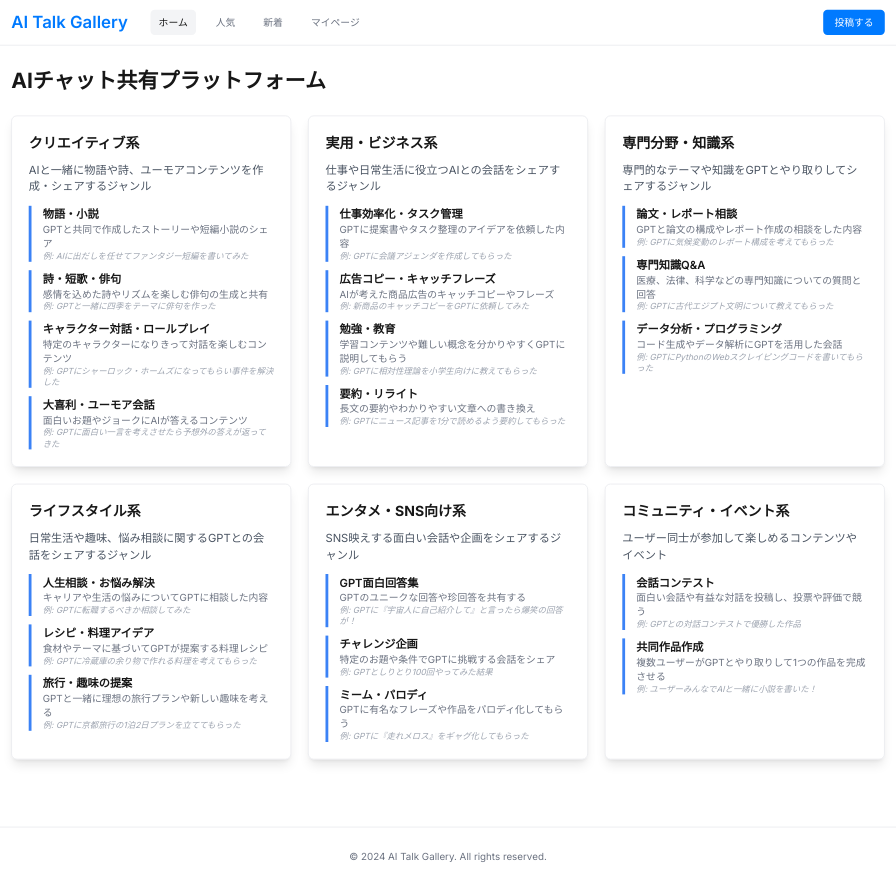
Repository: hayakawa1/ai-talk-gallery
Page: /
An editor plug-in stored every save of this project. The page is shown before and after the next save, followed by the edit.
The browser window is 1280 px wide. The pictures show the part of the page from y = 0 to 1920 px (the page is 1266 px tall before and 3118 px after), at 70% of full size.
The project was rebuilt for these pictures with package versions that can differ from the ones it lists, and the page was loaded fresh each time. The framework's server and built-in components were replaced by stand-ins that run in the browser. Also part of the build but not shown: next.config.js.

Above is the page before, as saved 2024-12-19 19:26:37.

### src/app/layout.tsx
import './globals.css'
import type { Metadata } from 'next'
import { Inter } from 'next/font/google'
import { HeaderNav } from '@/components/header-nav'
import Link from 'next/link'

const inter = Inter({
  subsets: ['latin'],
  display: 'swap',
})

export const metadata: Metadata = {
  title: 'AI Talk Gallery',
  description: '興味深いAIとの会話を共有し、新しい発見を見つけるプラットフォーム',
}

export default function RootLayout({
  children,
}: {
  children: React.ReactNode
}) {
  return (
    <html lang="ja">
      <body className={inter.className}>
        <div className="min-h-screen bg-white">
          <header className="sticky top-0 z-40 w-full border-b bg-white/95 backdrop-blur supports-[backdrop-filter]:bg-white/60">
            <div className="container mx-auto flex h-16 items-center justify-between px-4">
              <div className="flex items-center gap-8">
                <Link href="/" className="text-2xl font-semibold text-accent">
                  AI Talk Gallery
                </Link>
                <HeaderNav />
              </div>
              <div className="flex items-center gap-4">
                <Link
                  href="/posts/new"
                  className="inline-flex items-center justify-center rounded-md bg-accent px-4 py-2 text-sm font-medium text-white hover:bg-accent/90"
                >
                  投稿する
                </Link>
              </div>
            </div>
          </header>
          <main>
            {children}
          </main>
          <footer className="border-t py-8 mt-16">
            <div className="container mx-auto px-4 text-center text-sm text-gray-500">
              <p>© 2024 AI Talk Gallery. All rights reserved.</p>
            </div>
          </footer>
        </div>
      </body>
    </html>
  )
}

### src/app/page.tsx
import { Genre, getGenres } from '../utils/genreUtils';

export default async function Home() {
  const genres = getGenres();

  return (
    <div className="container mx-auto px-4 py-8">
      <h1 className="text-3xl font-bold mb-8">AIチャット共有プラットフォーム</h1>

      <div className="grid grid-cols-1 md:grid-cols-2 lg:grid-cols-3 gap-6">
        {genres.map((genre) => (
          <div key={genre.name} className="border rounded-lg p-6 shadow-lg">
            <h2 className="text-xl font-bold mb-3">{genre.name}</h2>
            <p className="text-gray-600 mb-4">{genre.description}</p>

            <div className="space-y-3">
              {genre.subgenres.map((subgenre) => (
                <div key={subgenre.name} className="border-l-4 border-blue-500 pl-4">
                  <h3 className="font-semibold">{subgenre.name}</h3>
                  <p className="text-sm text-gray-500">{subgenre.description}</p>
                  <p className="text-xs text-gray-400 italic">例: {subgenre.example}</p>
                </div>
              ))}
            </div>
          </div>
        ))}
      </div>
    </div>
  );
}

### src/app/globals.css
@tailwind base;
@tailwind components;
@tailwind utilities;

:root {
  --header-height: 60px;
}

html {
  @apply h-full;
}

body {
  @apply h-full bg-white text-bolt-elements-textPrimary;
}

#root {
  @apply h-full w-full;
}

### src/components/header-nav.tsx
"use client"

import Link from "next/link"
import { usePathname } from "next/navigation"
import { cn } from "@/lib/utils"

const navigation = [
  { name: "ホーム", href: "/" },
  { name: "人気", href: "/popular" },
  { name: "新着", href: "/latest" },
  { name: "マイページ", href: "/my" },
]

export function HeaderNav() {
  const pathname = usePathname()

  return (
    <nav className="flex items-center space-x-4">
      {navigation.map((item) => (
        <Link
          key={item.name}
          href={item.href}
          className={cn(
            "px-3 py-2 text-sm font-medium rounded-md",
            pathname === item.href
              ? "bg-card text-bolt-elements-textPrimary"
              : "text-gray-500 hover:text-bolt-elements-textPrimary hover:bg-gray-50"
          )}
        >
          {item.name}
        </Link>
      ))}
    </nav>
  )
}

### src/utils/genreUtils.ts
import { readFileSync } from 'fs';
import path from 'path';
import genresData from '../data/genres.json';

export interface Subgenre {
  name: string;
  description: string;
  example: string;
}

export interface Genre {
  name: string;
  description: string;
  subgenres: Subgenre[];
}

interface GenresData {
  genres: Genre[];
}

export const getGenres = (): Genre[] => {
  if (process.env.NODE_ENV === 'development') {
    return (genresData as GenresData).genres;
  }

  try {
    const filePath = path.join(process.cwd(), 'src', 'data', 'genres.json');
    const jsonData = readFileSync(filePath, 'utf8');
    const data = JSON.parse(jsonData) as GenresData;
    return data.genres;
  } catch (error) {
    console.error('Error reading genres file:', error);
    return [];
  }
};

### src/lib/utils.ts
import { type ClassValue, clsx } from "clsx"
import { twMerge } from "tailwind-merge"

export function cn(...inputs: ClassValue[]) {
  return twMerge(clsx(inputs))
}

export async function fetchPageTitle(url: string): Promise<string> {
  try {
    const response = await fetch(url)
    const html = await response.text()
    const titleMatch = html.match(/<title>(.*?)<\/title>/)
    return titleMatch ? titleMatch[1] : "Untitled Chat"
  } catch (error) {
    console.error("Error fetching title:", error)
    return "Untitled Chat"
  }
}

### src/data/genres.json
{
    "genres": [
      {
        "name": "クリエイティブ系",
        "description": "AIと一緒に物語や詩、ユーモアコンテンツを作成・シェアするジャンル",
        "subgenres": [
          {
            "name": "物語・小説",
            "description": "GPTと共同で作成したストーリーや短編小説のシェア",
            "example": "AIに出だしを任せてファンタジー短編を書いてみた"
          },
          {
            "name": "詩・短歌・俳句",
            "description": "感情を込めた詩やリズムを楽しむ俳句の生成と共有",
            "example": "GPTと一緒に四季をテーマに俳句を作った"
          },
          {
            "name": "キャラクター対話・ロールプレイ",
            "description": "特定のキャラクターになりきって対話を楽しむコンテンツ",
            "example": "GPTにシャーロック・ホームズになってもらい事件を解決した"
          },
          {
            "name": "大喜利・ユーモア会話",
            "description": "面白いお題やジョークにAIが答えるコンテンツ",
            "example": "GPTに面白い一言を考えさせたら予想外の答えが返ってきた"
          }
        ]
      },
      {
        "name": "実用・ビジネス系",
        "description": "仕事や日常生活に役立つAIとの会話をシェアするジャンル",
        "subgenres": [
          {
            "name": "仕事効率化・タスク管理",
            "description": "GPTに提案書やタスク整理のアイデアを依頼した内容",
            "example": "GPTに会議アジェンダを作成してもらった"
          },
          {
            "name": "広告コピー・キャッチフレーズ",
            "description": "AIが考えた商品広告のキャッチコピーやフレーズ",
            "example": "新商品のキャッチコピーをGPTに依頼してみた"
          },
          {
            "name": "勉強・教育",
            "description": "学習コンテンツや難しい概念を分かりやすくGPTに説明してもらう",
            "example": "GPTに相対性理論を小学生向けに教えてもらった"
          },
          {
            "name": "要約・リライト",
            "description": "長文の要約やわかりやすい文章への書き換え",
            "example": "GPTにニュース記事を1分で読めるよう要約してもらった"
          }
        ]
      },
      {
        "name": "専門分野・知識系",
        "description": "専門的なテーマや知識をGPTとやり取りしてシェアするジャンル",
        "subgenres": [
          {
            "name": "論文・レポート相談",
            "description": "GPTと論文の構成やレポート作成の相談をした内容",
            "example": "GPTに気候変動のレポート構成を考えてもらった"
          },
          {
            "name": "専門知識Q&A",
            "description": "医療、法律、科学などの専門知識についての質問と回答",
            "example": "GPTに古代エジプト文明について教えてもらった"
          },
          {
            "name": "データ分析・プログラミング",
            "description": "コード生成やデータ解析にGPTを活用した会話",
            "example": "GPTにPythonのWebスクレイピングコードを書いてもらった"
          }
        ]
      },
      {
        "name": "ライフスタイル系",
        "description": "日常生活や趣味、悩み相談に関するGPTとの会話をシェアするジャンル",
        "subgenres": [
          {
            "name": "人生相談・お悩み解決",
            "description": "キャリアや生活の悩みについてGPTに相談した内容",
            "example": "GPTに転職するべきか相談してみた"
          },
          {
            "name": "レシピ・料理アイデア",
            "description": "食材やテーマに基づいてGPTが提案する料理レシピ",
            "example": "GPTに冷蔵庫の余り物で作れる料理を考えてもらった"
          },
          {
            "name": "旅行・趣味の提案",
            "description": "GPTと一緒に理想の旅行プランや新しい趣味を考える",
            "example": "GPTに京都旅行の1泊2日プランを立ててもらった"
          }
        ]
      },
      {
        "name": "エンタメ・SNS向け系",
        "description": "SNS映えする面白い会話や企画をシェアするジャンル",
        "subgenres": [
          {
            "name": "GPT面白回答集",
            "description": "GPTのユニークな回答や珍回答を共有する",
            "example": "GPTに『宇宙人に自己紹介して』と言ったら爆笑の回答が！"
          },
          {
            "name": "チャレンジ企画",
            "description": "特定のお題や条件でGPTに挑戦する会話をシェア",
            "example": "GPTとしりとり100回やってみた結果"
          },
          {
            "name": "ミーム・パロディ",
            "description": "GPTに有名なフレーズや作品をパロディ化してもらう",
            "example": "GPTに『走れメロス』をギャグ化してもらった"
          }
        ]
      },
      {
        "name": "コミュニティ・イベント系",
        "description": "ユーザー同士が参加して楽しめるコンテンツやイベント",
        "subgenres": [
          {
            "name": "会話コンテスト",
            "description": "面白い会話や有益な対話を投稿し、投票や評価で競う",
            "example": "GPTとの対話コンテストで優勝した作品"
          },
          {
            "name": "共同作品作成",
            "description": "複数ユーザーがGPTとやり取りして1つの作品を完成させる",
            "example": "ユーザーみんなでAIと一緒に小説を書いた！"
          }
        ]
      }
    ]
  }

### tailwind.config.js
/** @type {import('tailwindcss').Config} */
module.exports = {
  darkMode: 'class',
  content: [
    './src/pages/**/*.{js,ts,jsx,tsx,mdx}',
    './src/components/**/*.{js,ts,jsx,tsx,mdx}',
    './src/app/**/*.{js,ts,jsx,tsx,mdx}',
  ],
  theme: {
    extend: {
      colors: {
        'bolt-elements-background-depth-1': '#FFFFFF',
        'bolt-elements-textPrimary': '#171717',
        accent: '#007AFF',
        'card': '#F3F4F6',
        'card-hover': '#E5E7EB',
      },
      borderColor: {
        'zinc-800': '#E5E7EB',
      },
      container: {
        center: true,
        padding: {
          DEFAULT: '1rem',
          sm: '1.5rem',
          lg: '2rem',
        },
        screens: {
          sm: '640px',
          md: '768px',
          lg: '1024px',
          xl: '1280px',
          '2xl': '1440px',
        },
      },
      keyframes: {
        shimmer: {
          '100%': {
            transform: 'translateX(100%)',
          },
        },
      },
      animation: {
        shimmer: 'shimmer 1.5s infinite',
      },
    },
  },
  plugins: [
    require('@tailwindcss/typography'),
  ],
}

After the next save:
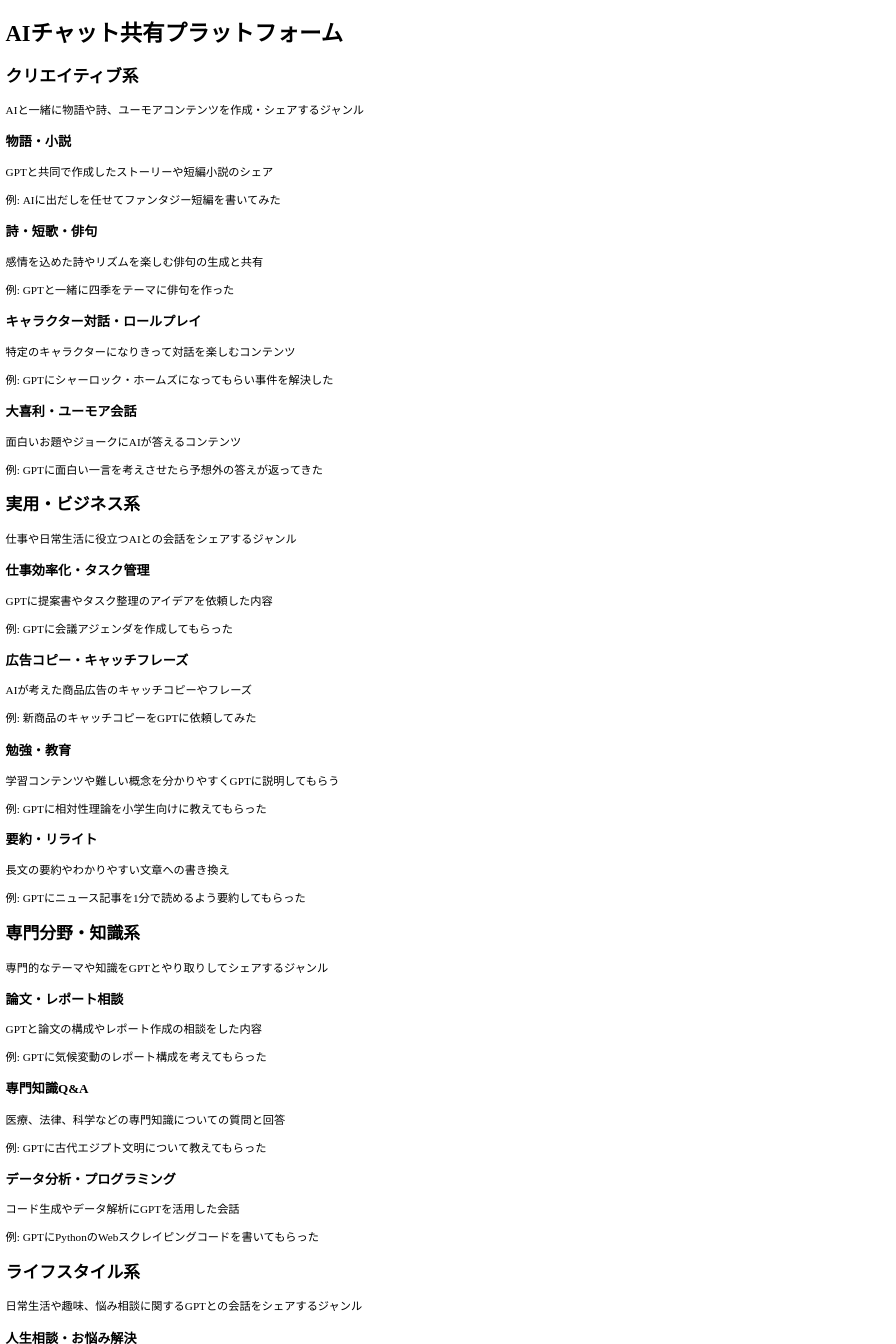
Saved 29 s later.
--- a/src/app/layout.tsx
+++ b/src/app/layout.tsx
@@ -1,17 +1,8 @@
-import './globals.css'
 import type { Metadata } from 'next'
-import { Inter } from 'next/font/google'
-import { HeaderNav } from '@/components/header-nav'
-import Link from 'next/link'
-
-const inter = Inter({
-  subsets: ['latin'],
-  display: 'swap',
-})
 
 export const metadata: Metadata = {
   title: 'AI Talk Gallery',
-  description: '興味深いAIとの会話を共有し、新しい発見を見つけるプラットフォーム',
+  description: 'AIとの会話を共有するプラットフォーム',
 }
 
 export default function RootLayout({
@@ -21,35 +12,10 @@
 }) {
   return (
     <html lang="ja">
-      <body className={inter.className}>
-        <div className="min-h-screen bg-white">
-          <header className="sticky top-0 z-40 w-full border-b bg-white/95 backdrop-blur supports-[backdrop-filter]:bg-white/60">
-            <div className="container mx-auto flex h-16 items-center justify-between px-4">
-              <div className="flex items-center gap-8">
-                <Link href="/" className="text-2xl font-semibold text-accent">
-                  AI Talk Gallery
-                </Link>
-                <HeaderNav />
-              </div>
-              <div className="flex items-center gap-4">
-                <Link
-                  href="/posts/new"
-                  className="inline-flex items-center justify-center rounded-md bg-accent px-4 py-2 text-sm font-medium text-white hover:bg-accent/90"
-                >
-                  投稿する
-                </Link>
-              </div>
-            </div>
-          </header>
-          <main>
-            {children}
-          </main>
-          <footer className="border-t py-8 mt-16">
-            <div className="container mx-auto px-4 text-center text-sm text-gray-500">
-              <p>© 2024 AI Talk Gallery. All rights reserved.</p>
-            </div>
-          </footer>
-        </div>
+      <body>
+        <main>
+          {children}
+        </main>
       </body>
     </html>
   )
